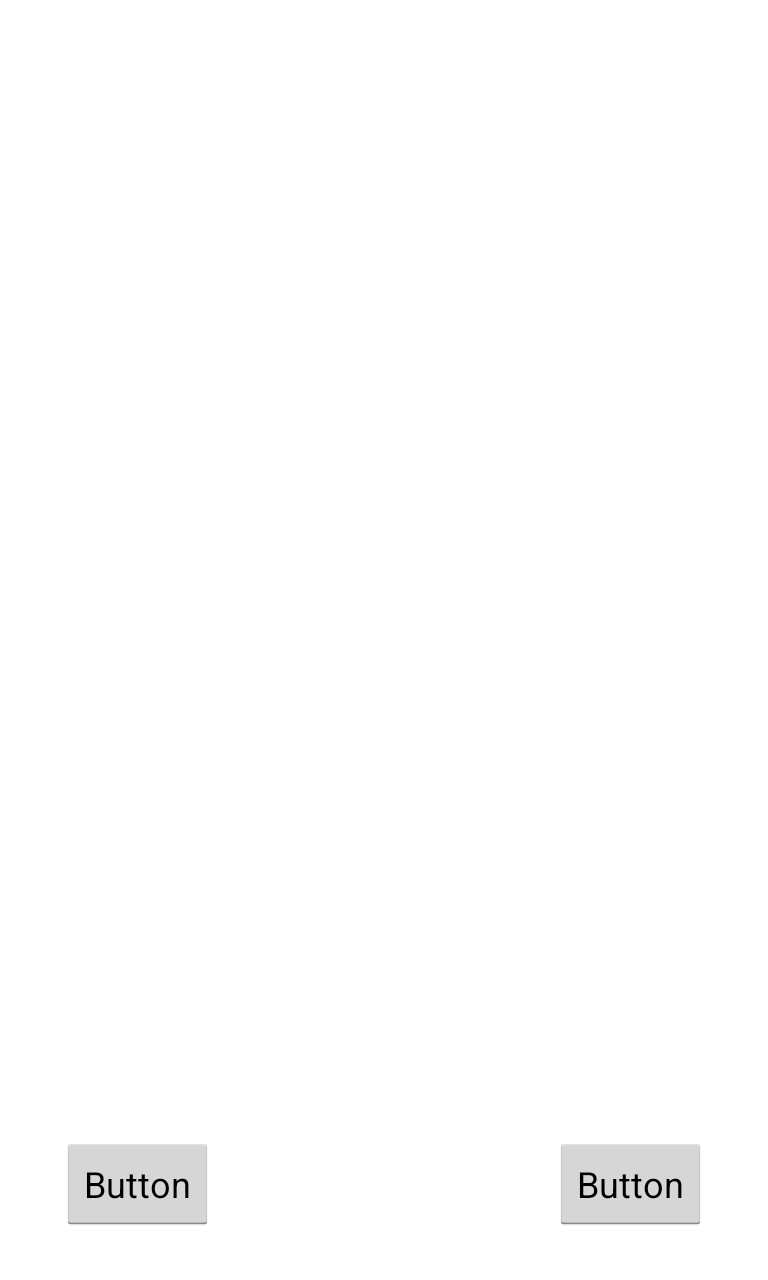
Repository: cho15255/Android-Test
Layout: ApplicationActivity/res/layout/page_2.xml
The author's editor kept a copy of each file at every save. The layout is drawn from the files as they stood at one save, then again after the next save.
It is drawn on a 768 x 1280 px phone screen (xhdpi) without system bars, with theme AppTheme; the app's code is not run.

Above is the layout before, as saved 2013-05-13 18:54:10.

### ApplicationActivity/res/layout/page_2.xml
<?xml version="1.0" encoding="utf-8"?>
<RelativeLayout xmlns:android="http://schemas.android.com/apk/res/android"
    android:layout_width="match_parent"
    android:layout_height="match_parent" >

    <Button
        android:id="@+id/button1"
        android:layout_width="wrap_content"
        android:layout_height="wrap_content"
        android:layout_alignParentBottom="true"
        android:layout_alignParentLeft="true"
        android:layout_marginBottom="24dp"
        android:layout_marginLeft="30dp"
        android:text="Button" />

    <Button
        android:id="@+id/button2"
        android:layout_width="wrap_content"
        android:layout_height="wrap_content"
        android:layout_alignBaseline="@+id/button1"
        android:layout_alignBottom="@+id/button1"
        android:layout_alignParentRight="true"
        android:layout_marginRight="30dp"
        android:text="Button" />

</RelativeLayout>

Loaded but not shown: ApplicationActivity/res/values/styles.xml (common file); ApplicationActivity/res/values-v11/styles.xml (common file); ApplicationActivity/res/values-v14/styles.xml (common file)

After the next save:
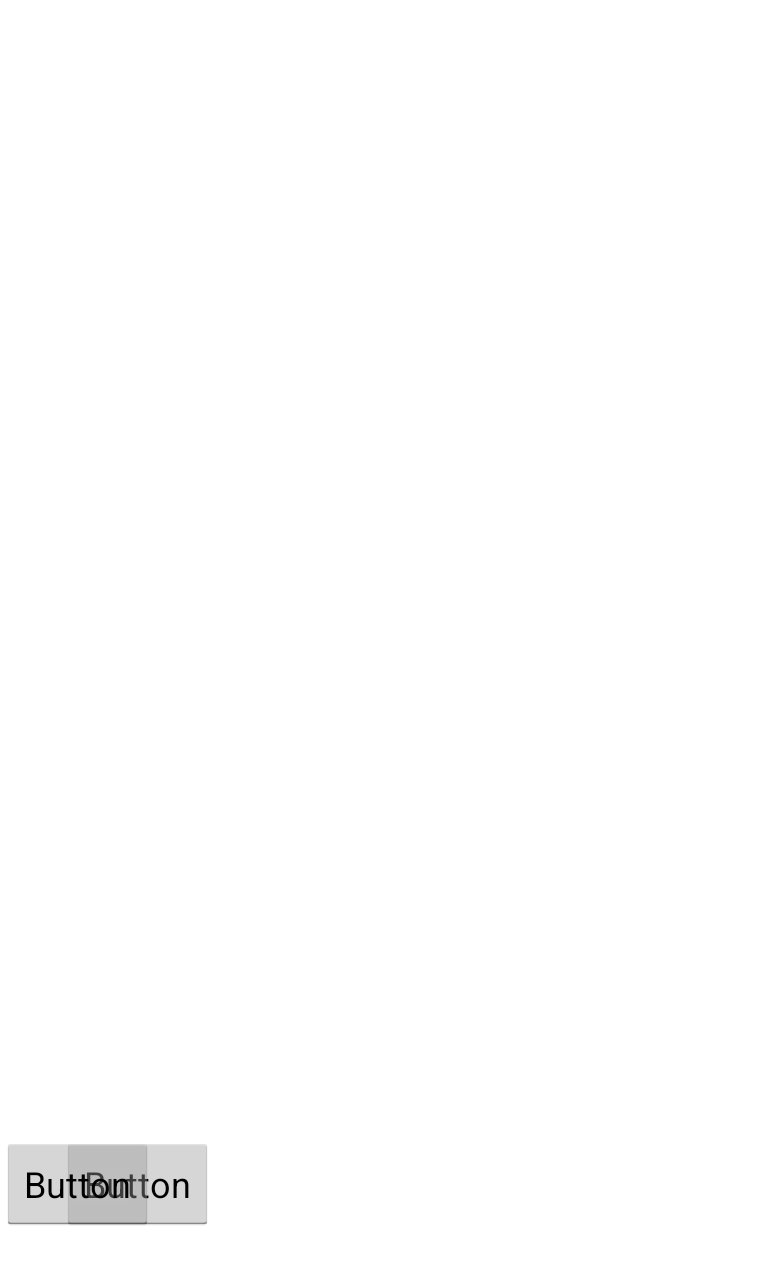
Saved 26 s later.
--- a/ApplicationActivity/res/layout/page_2.xml
+++ b/ApplicationActivity/res/layout/page_2.xml
@@ -17,9 +17,9 @@
         android:id="@+id/button2"
         android:layout_width="wrap_content"
         android:layout_height="wrap_content"
-        android:layout_alignBaseline="@+id/button1"
-        android:layout_alignBottom="@+id/button1"
-        android:layout_alignParentRight="true"
+        android:layout_alignParentBottom="true"
+        android:layout_alignParentLeft="true"
+        android:layout_marginBottom="24dp"
         android:layout_marginRight="30dp"
         android:text="Button" />
 

After the save that followed:
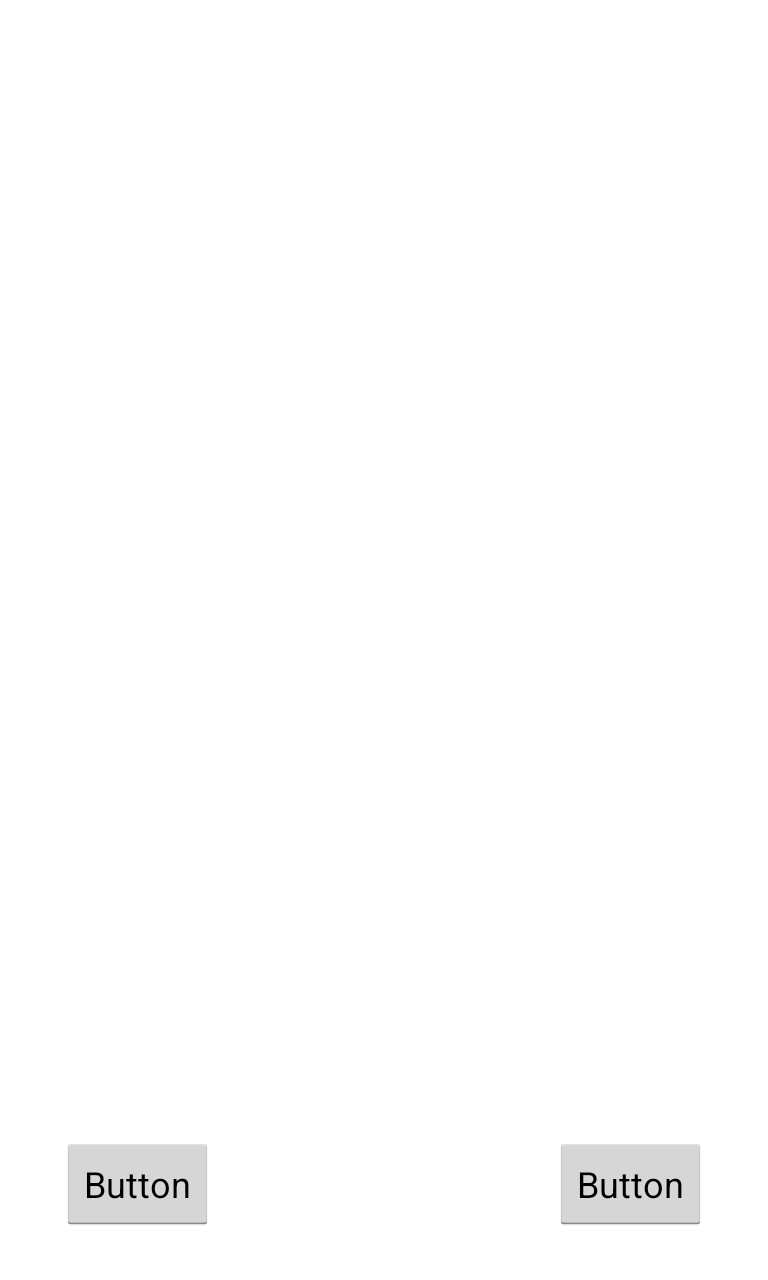
Saved 18 s later.
--- a/ApplicationActivity/res/layout/page_2.xml
+++ b/ApplicationActivity/res/layout/page_2.xml
@@ -18,7 +18,7 @@
         android:layout_width="wrap_content"
         android:layout_height="wrap_content"
         android:layout_alignParentBottom="true"
-        android:layout_alignParentLeft="true"
+        android:layout_alignParentRight="true"
         android:layout_marginBottom="24dp"
         android:layout_marginRight="30dp"
         android:text="Button" />
